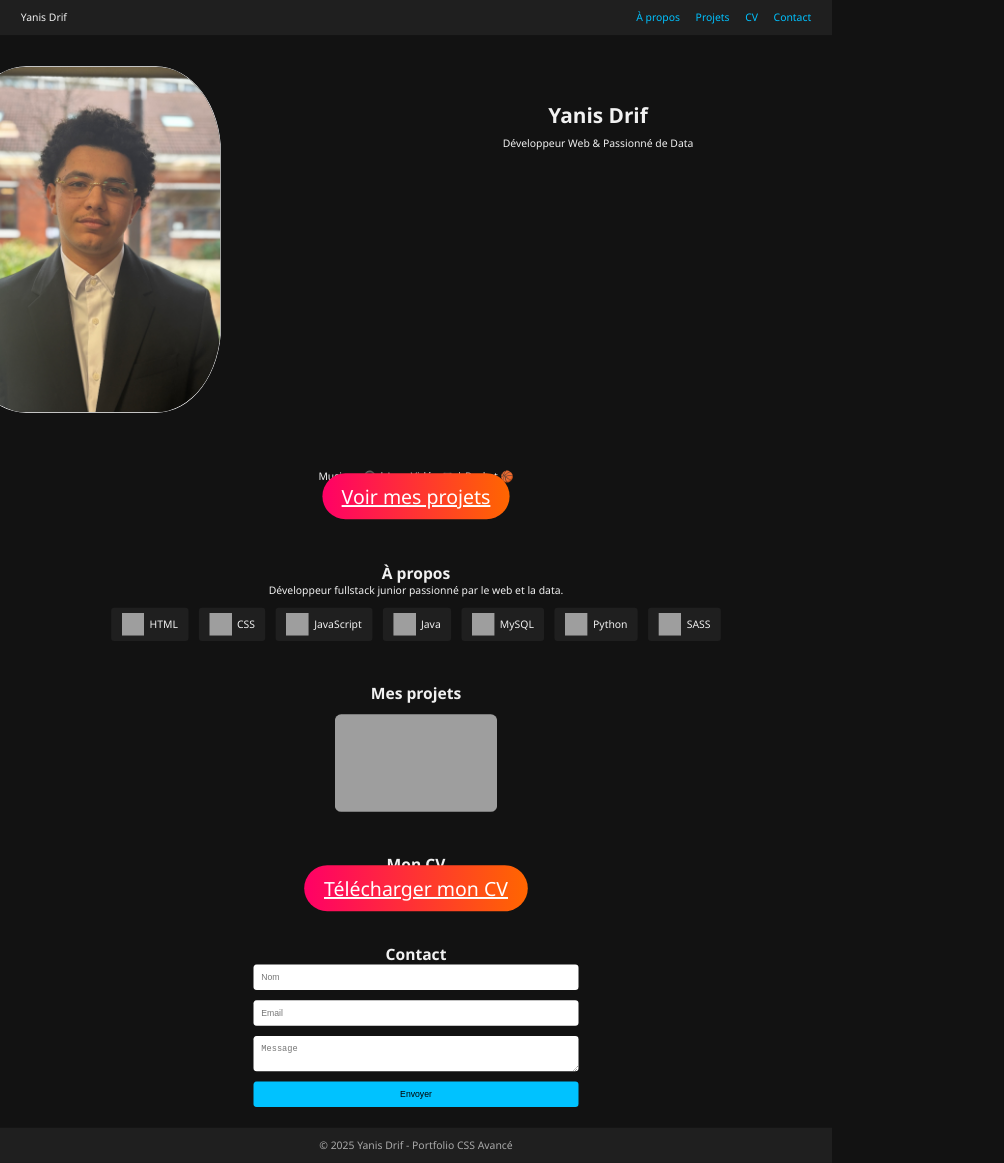
Repository: Yxniiss/ProjetCssAvance
Page: OneDrive/Bureau/Portfolio DrifYanis/home.html
These files come from the project's save history. The page is drawn as it stood at one moment and after the next save; the edit follows.
The browser window is 1280 px wide. The page is 1544 px wide, so the pictures cover 1544 px, including what lies to the right of the window. The pictures show the whole page, at 65% of full size.
Pictures or frames that could not be fetched are drawn as grey boxes.

Above is the page before, as saved 2025-04-10 10:34:23.
Console error: TypeError: Cannot set properties of null (setting 'textContent')

After the next save:
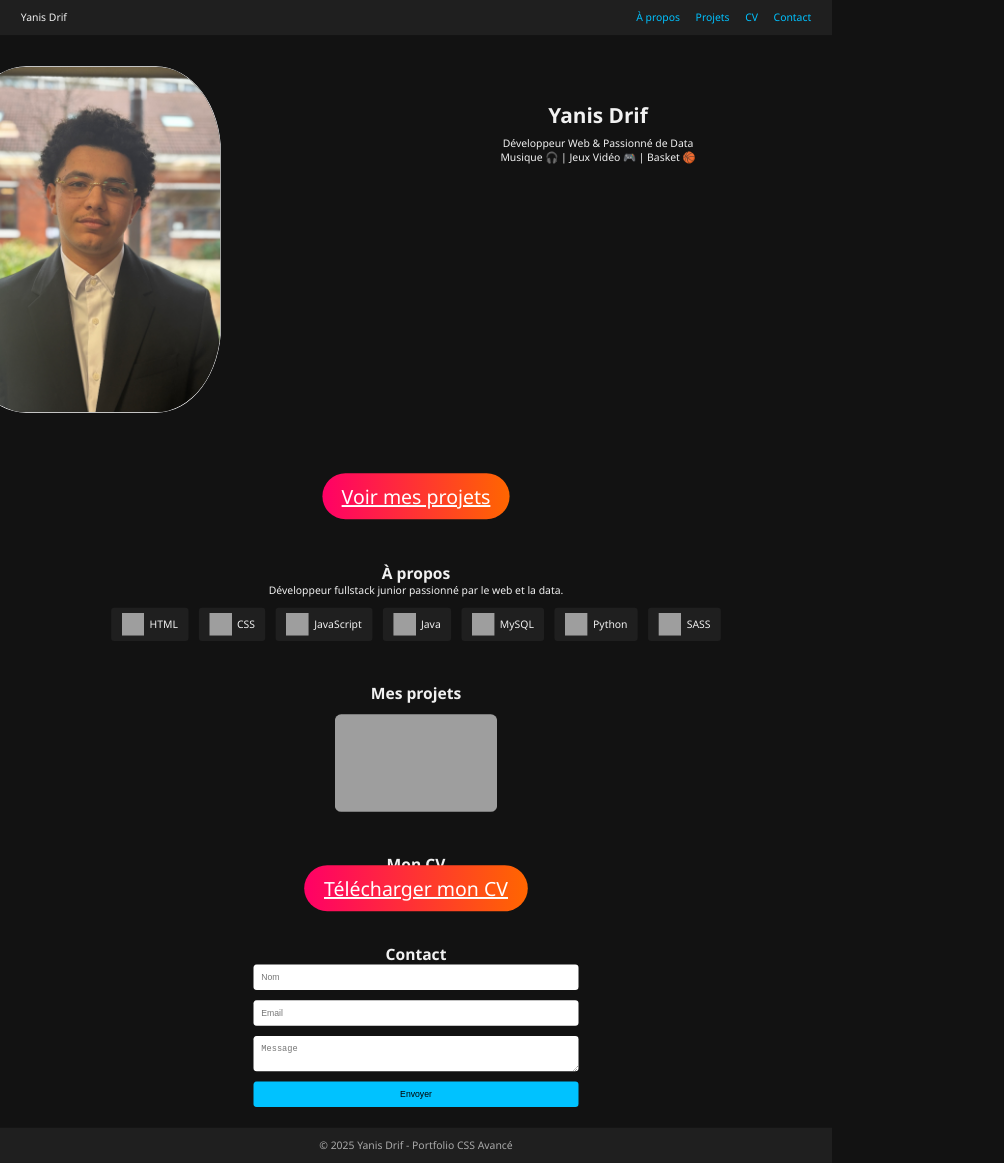
Saved 23 s later.
--- a/OneDrive/Bureau/Portfolio DrifYanis/style.css
+++ b/OneDrive/Bureau/Portfolio DrifYanis/style.css
@@ -46,6 +46,10 @@
     left:280px;
     bottom:490px;
   }
+
+  .hero__desc{ position: relative;
+    left:280px;
+    bottom:490px;}
 
   .hero__image {
     border-radius: 25%;
